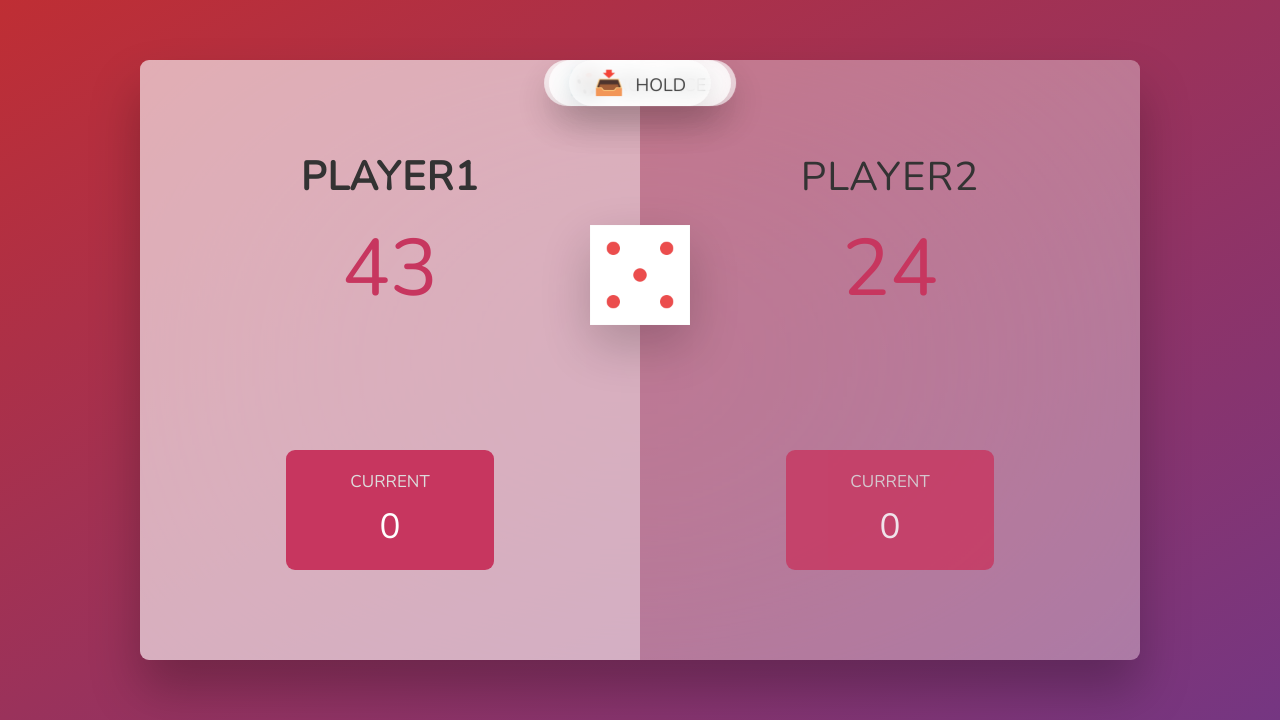
Repository: otvertka/jsc_07
Page: index.html
These files come from the project's save history. The page is drawn as it stood at one moment and after the next save; the edit follows.
The browser window is 1280 px wide. The pictures show the whole page.

Above is the page before, as saved 2022-12-24 13:40:42.

### index.html
<!DOCTYPE html>
<html lang="en">
  <head>
    <meta charset="UTF-8" />
    <meta name="viewport" content="width=device-width, initial-scale=1.0" />
    <meta http-equiv="X-UA-Compatible" content="ie=edge" />
    <link rel="stylesheet" href="style.css" />
    <title>Pig Game</title>
  </head>
  <body>
    <main>
      <section class="player player--0 player--active">
        <h2 class="name" id="name--0">Player1</h2>
        <p class="score" id="score--0">43</p>
        <div class="current">
          <p class="current-label">Current</p>
          <p class="current-score" id="current--0">0</p>
        </div>
      </section>
      <section class="player player--1">
        <h2 class="name" id="name--1">Player2</h2>
        <p class="score" id="score--1">24</p>
        <div class="current">
          <p class="current-label">Current</p>
          <p class="current-score" id="current--1">0</p>
        </div>
      </section>

      <img src="/dice-5.png" alt="Playing dice" class="dice" />
      <button class="btn btn--new">🔄 New game</button>
      <button class="btn btn--roll">🎲 Roll dice</button>
      <button class="btn btn--hold">📥 Hold</button>
    </main>
    <script src="script.js"></script>
  </body>
</html>

### style.css
@import url('https://fonts.googleapis.com/css2?family=Nunito&display=swap');

* {
  margin: 0;
  padding: 0;
  box-sizing: inherit;
}

html {
  font-size: 62.5%;
  box-sizing: border-box;
}

body {
  font-family: 'Nunito', sans-serif;
  font-weight: 400;
  height: 100vh;
  color: #333;
  background-image: linear-gradient(to top left, #753682 0%, #bf2e34 100%);
  display: flex;
  align-items: center;
  justify-content: center;
}

/* LAYOUT */
main {
  position: relative;
  width: 100rem;
  height: 60rem;
  background-color: rgba(255, 255, 255, 0.35);
  backdrop-filter: blur(200px);
  filter: blur();
  box-shadow: 0 3rem 5rem rgba(0, 0, 0, 0.25);
  border-radius: 9px;
  overflow: hidden;
  display: flex;
}

.player {
  flex: 50%;
  padding: 9rem;
  display: flex;
  flex-direction: column;
  align-items: center;
  transition: all 0.75s;
}

/* ELEMENTS */
.name {
  position: relative;
  font-size: 4rem;
  text-transform: uppercase;
  letter-spacing: 1px;
  word-spacing: 2px;
  font-weight: 300;
  margin-bottom: 1rem;
}

.score {
  font-size: 8rem;
  font-weight: 300;
  color: #c7365f;
  margin-bottom: auto;
}

.player--active {
  background-color: rgba(255, 255, 255, 0.4);
}
.player--active .name {
  font-weight: 700;
}
.player--active .score {
  font-weight: 400;
}

.player--active .current {
  opacity: 1;
}

.current {
  background-color: #c7365f;
  opacity: 0.8;
  border-radius: 9px;
  color: #fff;
  width: 65%;
  padding: 2rem;
  text-align: center;
  transition: all 0.75s;
}

.current-label {
  text-transform: uppercase;
  margin-bottom: 1rem;
  font-size: 1.7rem;
  color: #ddd;
}

.current-score {
  font-size: 3.5rem;
}

/* ABSOLUTE POSITIONED ELEMENTS */
.btn {
  position: absolute;
  left: 50%;
  transform: translateX(-50%);
  color: #444;
  background: none;
  border: none;
  font-family: inherit;
  font-size: 1.8rem;
  text-transform: uppercase;
  cursor: pointer;
  font-weight: 400;
  transition: all 0.2s;

  background-color: white;
  background-color: rgba(255, 255, 255, 0.6);
  backdrop-filter: blur(10px);

  padding: 0.7rem 2.5rem;
  border-radius: 50rem;
  box-shadow: 0 1.75rem 3.5rem rgba(0, 0, 0, 0.1);
}

.btn::first-letter {
  font-size: 2.4rem;
  display: inline-block;
  margin-right: 0.7rem;
}

/* .btn--new {
  top: 4rem;
}
.btn--roll {
  top: 39.3rem;
} */
/* .btn--hold {
  top: 46.1rem;
} */

.btn:active {
  transform: translate(-50%, 3px);
  box-shadow: 0 1rem 2rem rgba(0, 0, 0, 0.15);
}

.btn:focus {
  outline: none;
}

.dice {
  position: absolute;
  left: 50%;
  top: 16.5rem;
  transform: translateX(-50%);
  height: 10rem;
  box-shadow: 0 2rem 5rem rgba(0, 0, 0, 0.2);
}

.player--winner {
  background-color: #2f2f2f;
}

.player--winner .name {
  font-weight: 700;
  color: #c7365f;
}

Loaded but not shown: script.js (common file)

After the next save:
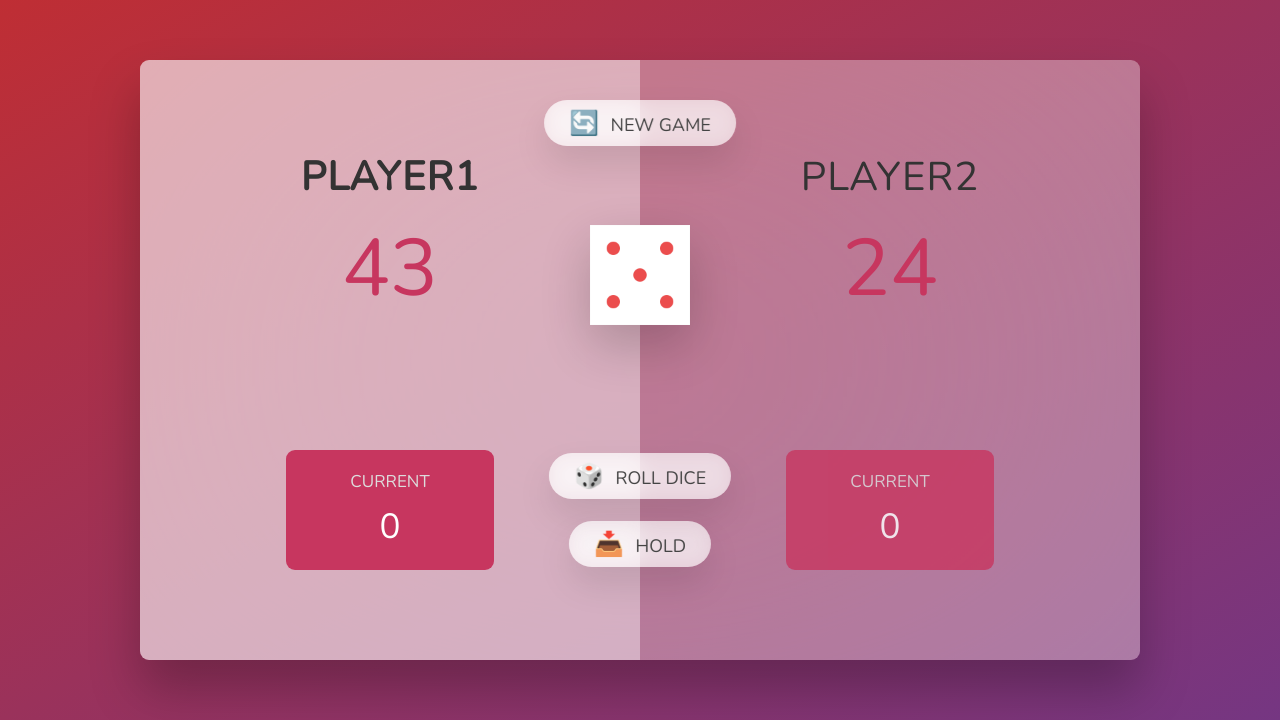
Saved 5 s later.
--- a/style.css
+++ b/style.css
@@ -129,15 +129,15 @@ main {
   margin-right: 0.7rem;
 }
 
-/* .btn--new {
+.btn--new {
   top: 4rem;
 }
 .btn--roll {
   top: 39.3rem;
-} */
-/* .btn--hold {
+}
+.btn--hold {
   top: 46.1rem;
-} */
+}
 
 .btn:active {
   transform: translate(-50%, 3px);
